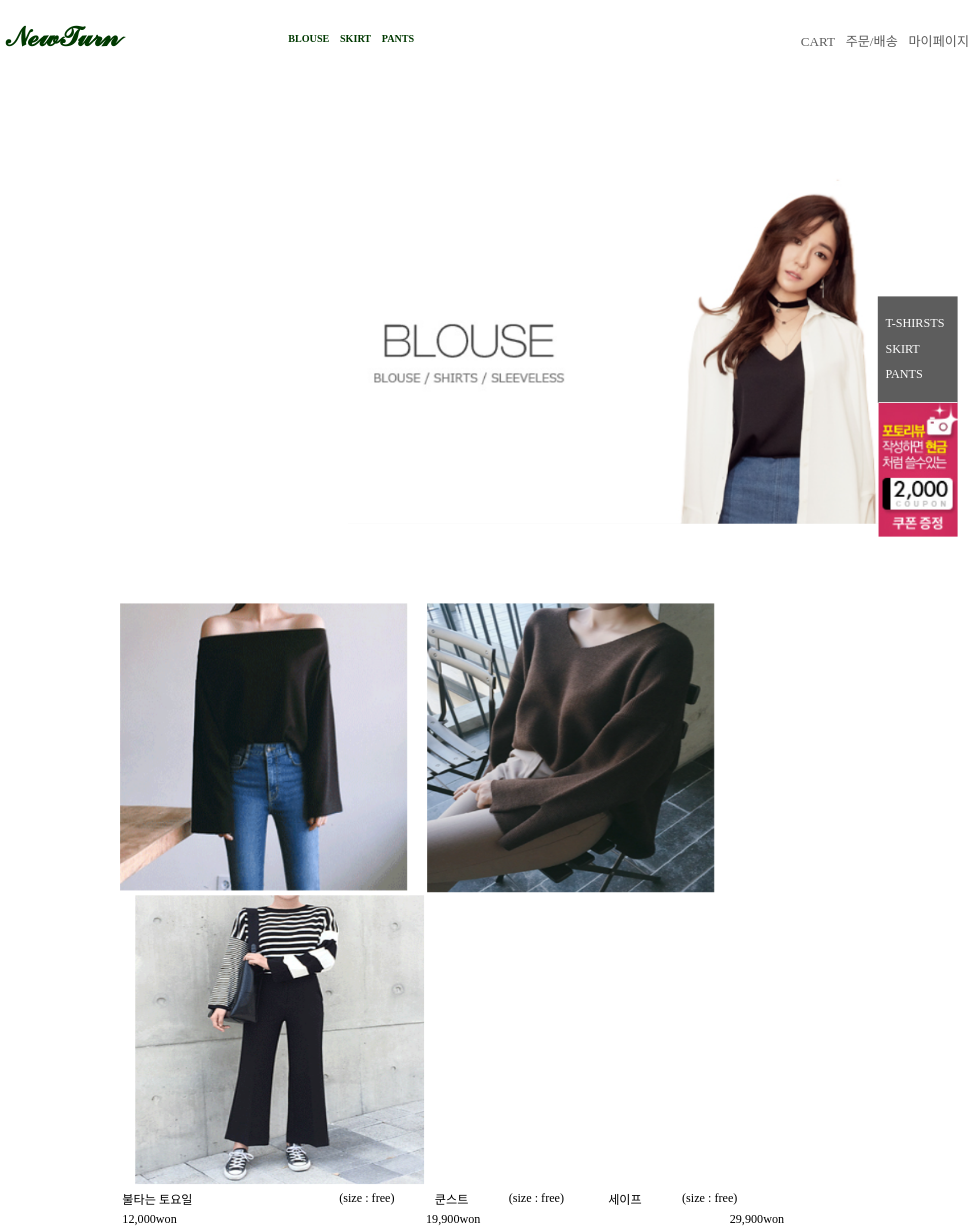
Repository: won0108/Port-Folio
Page: Creating_Homepage/Shopping/WebContent/top.html
The author's editor kept a copy of each file at every save. The page is drawn from the files as they stood at one save, then again after the next save.
The browser window is 1280 px wide. The pictures show the whole page, at 76% of full size.

Above is the page before, as saved 2020-12-03 08:03:48.

After the next save:
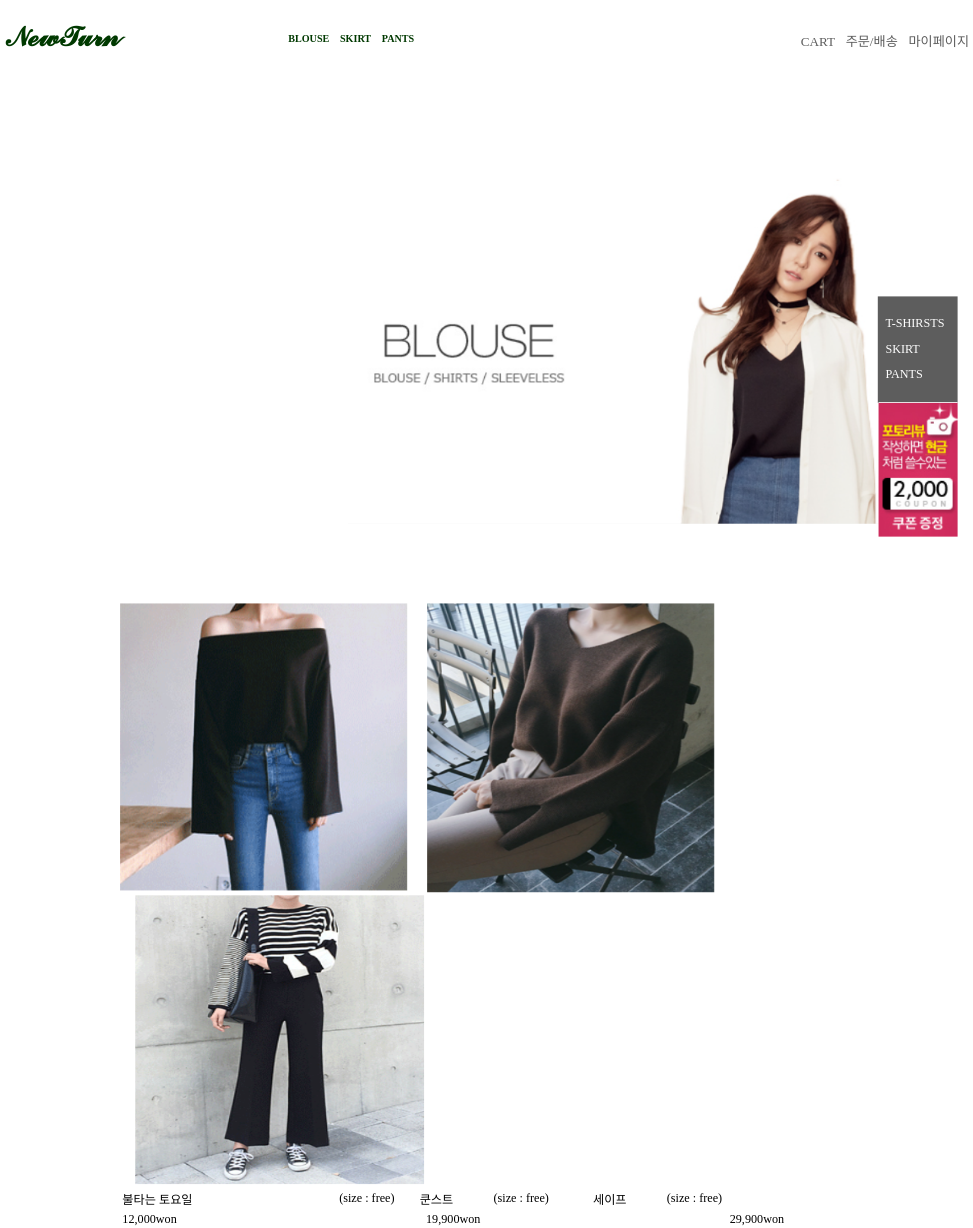
Saved 9 s later.
--- a/Creating_Homepage/Shopping/WebContent/top.html
+++ b/Creating_Homepage/Shopping/WebContent/top.html
@@ -79,7 +79,7 @@
 				<tr>
 					<td>불타는 토요일</td>
 					<td style="padding-left:190px;">(size : free)</td>
-					<td style="padding-left: 50px;">쿤스트</td>
+					<td style="padding-left: 30px;">쿤스트</td>
 					<td style="padding-left:50px;">(size : free)</td>
 					<td style="padding-left: 55px;">세이프</td>
 					<td style="padding-left:50px;">(size : free)</td>
